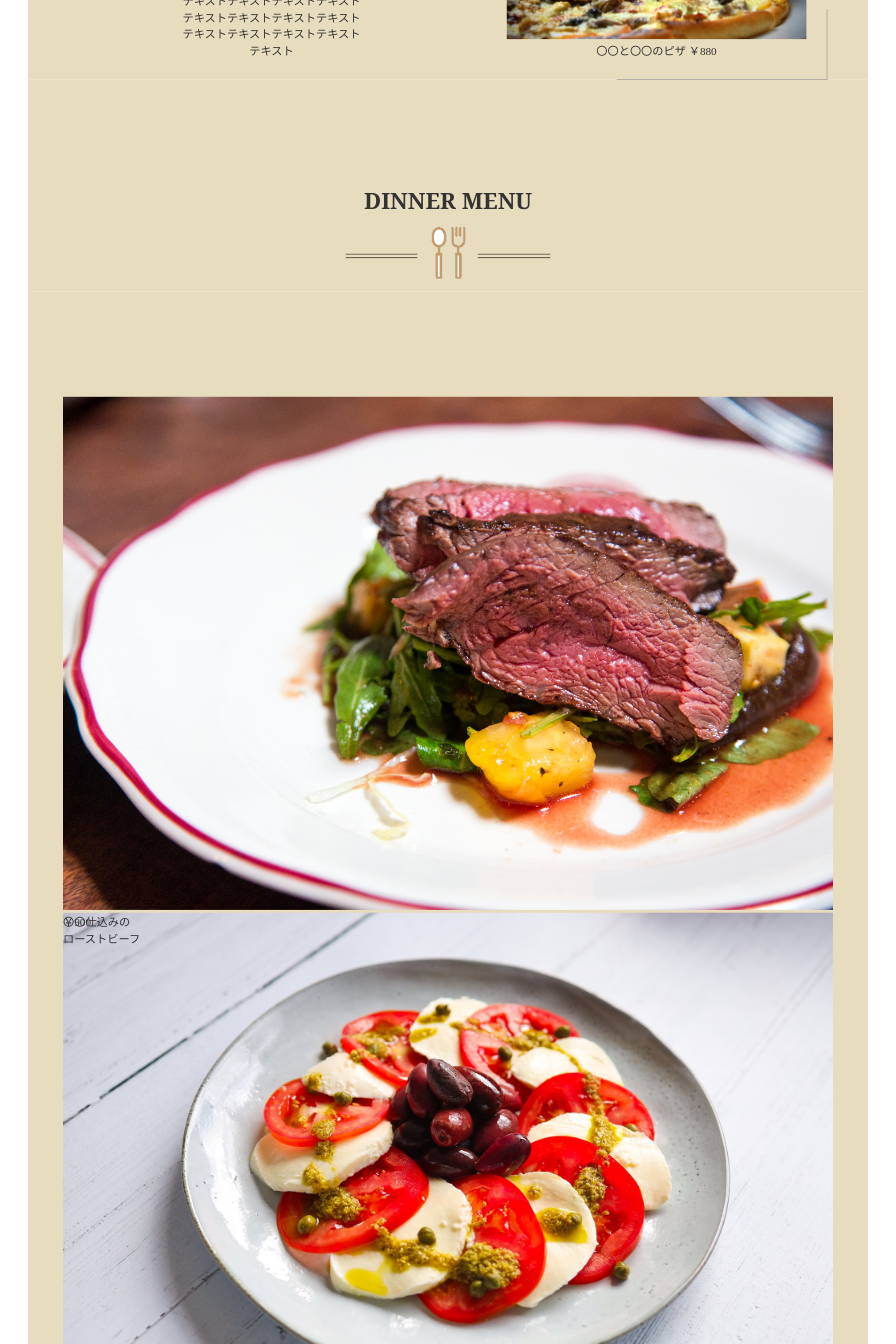
Repository: konatsu-0806/demo-site
Page: FromFigma/index.html
The author's editor kept a copy of each file at every save. The page is drawn from the files as they stood at one save, then again after a run of saves.
The browser window is 1280 px wide. The pictures show the part of the page from y = 3227 to 5147 px (the page is 7699 px tall), at 70% of full size.

Above is the page before, as saved 2023-02-13 17:14:02.

### FromFigma/index.html
<!DOCTYPE html>
<html lang="ja">

<head>
  <meta charset="UTF-8">
  <meta name="viewport" content="width=device-width, initial-scale=1.0">
  <meta http-equiv="X-UA-Compatible" content="ie=edge">
  <link rel="stylesheet" href="css/style.css">
  <title>demosite</title>
</head>

<body>
  <header class="header_bg">
    <div class="header_contents">
      <h1>Restaurant</h1>
      <div class="responsive_btn">
        <div class="menu_line"></div>
        <div class="menu_line"></div>
        <div class="menu_line"></div>
      </div>
      <nav class="header_nav">
        <ul class="header_nav_lists">
          <li><a class="nav_link" href="">HOME</a></li>
          <li><a class="nav_link" href="">LUNCH</a></li>
          <li><a class="nav_link" href="">DINNER</a></li>
          <li><a class="nav_link" href="">ACCESS</a></li>
          <li><a class="nav_link" href="">CONTACT</a></li>
        </ul>
      </nav>
    </div>
  </header>
  <script src="js/master.js"></script>

  <div class="main_visual">
   <img src="img/mgg-vitchakorn-98Xi5vMGKck-unsplash.jpg" alt="">
  </div>

  <div class="intro_bg">
    <div class="intro_contents">
        <div class="intro_img">
            <img src="img/pratik-gupta-gyt0s3wR1YM-unsplash.jpg" alt="">
        </div>
        <div class="intro_sentence">
            <p class="text-center">
              イタリアンレストラン「〇<br />
              〇（店名）」は令和2年3月<br />
              に〇〇（所在）にてオープン<br />
              いたしました。
            </p>
            <p class="text-center">
              当店の自慢はなんといって<br />
              もシェフこだわりの生パスタ<br />
              でございます。<br />
            </p>
            <p class="text-center">
              生パスタは水分が多く含ま<br />
              れており、もちもちとした食<br />
              感が特徴的で、本場イタリア<br />
              でよく食べられているパスタ<br />
              です。
            </p>
            <p class="text-center">
              本場イタリアの生パスタを<br />
              研究し尽くしたシェフ自慢の<br />
              パスタを是非一度ご賞味くだ<br />
              さい。
            </p>
        </div>
    </div>
</div>

<div class="lunch">
  <div class="lunch_contents">
    <div class="lunch_intro">
      <h1>～LUNCH～<br />
        10:00~15:00（日・祝を除く）
      </h1>
      <p class="text-center">当店では平日と土曜日のみランチ<br />
        タイムの営業を行っております。
      </p>
      <p class="text-center">ランチタイムは、当店自慢のもち<br />
        もちの生パスタと、ドリンク・サラ<br />
        ダ・スープ付のセットとドリンク・<br />
        ガーリックトースト・スープ付セッ<br />
        トの2種類がございます。
      </p>
      <p class="text-center">パスタは和風と洋風の２種類をご<br />
        用意しております。
      </p>
    </div>
    <div class="lunch_img">
      <img src="img/fresh-pasta-g68aa8d9f2_1920.jpg" alt="">
    </div>
  </div>
  </div>
  <div class="lunch_menu">
    <h1>LUNCH MENU</h1>
    <div class="cutlery"><img src="img/無題11_20221128200219.png" alt=""></div>
    <div class="menu_set">
      <div class="a_set">
       <h2>Aセット</h2>
        <ul>
          <li>・生パスタ（和風 or 洋風）</li>
          <li>・サラダ</li>
          <li>・スープ</li>
          <li>・ドリンク</li>
        </ul>
        <h3>￥1000</h3>
      </div>
      <div class="b_set">
        <h2>Bセット</h2>
        <ul>
          <li>・生パスタ（和風 or 洋風）</li>
          <li>・ガーリックトースト</li>
          <li>・スープ</li>
          <li>・ドリンク</li>
        </ul>
        <h3>￥1000</h3>
      </div>
    </div>
      <p>※価格はすべて税込みです。<br />
      ※パスタ・サラダ・スープの内容は日によって異なります。ご了承くださいませ。
      </p>
  </div>

  <div class="dinner">
    <div class="dinner_contents">
      <div class="dinner_intro">
        <h1>～DINNER～<br />
          17:00~23:00
        </h1>
        <p>テキストテキストテキストテキスト<br />
          テキストテキストテキストテキスト<br />
          テキストテキストテキストテキスト<br />
          テキストテキストテキストテキスト<br />
          テキスト<br />
        </p>
      </div>
      <div class="dinner_img">
        <img src="img/pizza-gac0f3843a_1280.jpg" alt="">
        <p>〇〇と〇〇のピザ  ￥880</p>
      </div>
    </div>
  </div>
  <div class="dinner_menu">
    <h1>DINNER MENU</h1>
    <div class="cutlery"><img src="img/無題11_20221128200219.png" alt=""></div>
  </div>
  <div class="dishes">
    <div class="dish1">
      <img src="img/jason-leung-O67LZfeyYBk-unsplash.jpg" alt="">
      <p>〇〇仕込みの<br />
        ローストビーフ<br />
      </p>
      <p class="price">￥900</p>
    </div>
    <div class="dish2">
      <img src="img/mozzarella-salad-g85af32bc5_1920.jpg" alt="">
      <p>〇〇のカプレーゼ</p>
      <p class="price">￥500</p>
    </div>
    <div class="dish3">
      <img src="img/pizza-gff7141cbc_1920.jpg" alt="">
      <p>マルゲリータ</p>
      <p class="price">￥500</p>
    </div>
    <div class="flex">
      <div class="dish4">
        <img src="img/meal-g47ef517fb_1920.jpg" alt="">
        <p>5種のチーズ盛り合わせ</p>
        <p class="price">￥500</p>
      </div>
      <div class="dish5">
        <img src="img/wines-g65661b4e0_1920.jpg" alt="">
      </div>
    </div>
    <h1>DNNER MENU →<br />
    <h1>DRINK MENU →</h1>
  </div>

</body>

</html>

### FromFigma/css/style.css
/* Reset style */
* {
    margin: 0;
    padding: 0;
    box-sizing: border-box;
    list-style: none;
    text-decoration: none;
    color: #333;
}

/* Normal header style */
.header_bg {
    width: 100%;
    height: 80px;
}

.header_contents {
    width: 100%;
    max-width: 1024px;
    height: 100%;
    margin: 0 auto;
    display: flex;
    justify-content: space-between;
    align-items: center;
}

.header_contents h1 {
    font-size: 22px;
    margin: 0 0 0 40px;
}

.header_nav_lists {
    display: flex;
}

.header_nav_lists li {
    margin: 0 40px 0 0;
}

.nav_link {
    font-size: 18px;
}

/* Responsive menu button */
.responsive_btn {
    display: none;
    flex-direction: column;
    align-items: center;
    justify-content: center;
    width: 32px;
    height: 32px;
    margin: 0 40px 0 0;
    cursor: pointer;
    position: relative;
    z-index: 10;
}

.menu_line {
    background-color: #333;
    border-radius: 5px;
    width: 100%;
    height: 5px;
    margin: 4px 0;
}

/* Reaponsive style */
@media screen and (max-width: 768px) {
    .responsive_btn {
        display: flex;
    }

    .header_bg {
        position: relative;
    }

    .header_nav {
        background-color: white;
        width: 100%;
        height: 100vh;
        padding: 80px 0 0 0;
        position: absolute;
        top: 0;
        right: -100%;
        transition: .5s;
    }

    .header_nav_lists {
        display: block;
        text-align: center;
    }

    .header_nav_lists li {
        margin: 0 0 40px;
        text-align: center;
    }

    .nav_link {
        font-size: 20px;
    }
}

/* js function "menuToggle" starting only */
.menu_active {
    right: 0;
  }

/* 1st pic */
img {
    width: 100%;
}

.main_visual {
    padding: 0 50px;
    margin: auto;
    max-width: 1200px;
}

/* contents */
.intro_bg {
    width: 100%;
    max-width: 1200px;
    margin: auto;
    padding: 120px 50px 30px 70px;
}
.contents img {
    width: 100%;
}
.text-center {
    text-align: center;
}
.intro_contents {
    display: flex;
}
.intro_img {
    width: 55%;
    margin: auto;
    box-shadow: -30px -30px 1px 1px rgba(0, 0, 0, 0.7);
}
.lunch_img {
    position: relative;
    padding:30px;
}
.lunch_img:before,.lunch_img:after{
    content:'';
    width: 300px;
    height: 100px;
    position: absolute;
    display: inline-block;
}
.lunch_img:before{
    border-left: solid 1px rgb(158, 154, 154);
    border-top: solid 1px rgb(158, 154, 154);
    top: 0px;
    left: 0;
}
.lunch_img:after{
    border-right: solid 1px rgb(158, 154, 154);
    border-bottom: solid 1px rgb(158, 154, 154);
    bottom:0;
    right: 0;
}
.lunch_img img {
    margin: 0;
    padding: 0;
}
.intro_sentence {
    width: 45%;
    margin: auto .5rem;
}
@media screen and (max-width: 767px) {
    .intro_contents {
        display: block;
    }
    .intro_contents .intro_img {
        width: 100%;
        margin: 0 auto;
    }
    .intro_contents .intro_sentence {
        width: 100%;
        margin: 0 auto;
    }
}

/* lunch */
.lunch {
    width: 100%;
    max-width: 1200px;
    margin: auto;
    padding: 100px 50px 0px 50px;
    background-color: #e8dcbe;
}
.lunch img {
    width: 100%;
}
.text-center {
    text-align: center;
}
.lunch_contents {
    display: flex;
}
.lunch_intro {
    width: 55%;
    margin: auto;
}
.lunch_img {
    width: 45%;
    margin: auto .5rem;
    padding-top: 20px;
}

.lunch h1 {
    text-align: center;
    font-family: Georgia, serif;
    margin-bottom: 70px;
}

@media screen and (max-width: 767px) {
    .lunch_contents {
        display: block;
    }
    .lunch_contents .lunch_intro {
        width: 100%;
        margin: 0 auto;
    }
    .lunch_contents .lunch_img {
        width: 100%;
        margin: 0 auto;
    }
}
/* lunch menu */
.lunch_menu {
    width: 100%;
    max-width: 1200px;
    margin: auto;
    padding: 150px 50px 0px 50px;
    background-color: #e8dcbe;
}
.lunch_menu h1 {
    text-align: center;
    font-family: Georgia, serif;
}
.lunch_menu img {
    width: 40%;
}
.cutlery {
    text-align: center;
}
.menu_set {
    display: flex;
    justify-content: space-around;
    margin-top: 100px;
}
.a_set {
    background-color: #cbca78;
    padding: 50px 30px ;
}
.a_set h2 {
    font-family: Georgia, serif;
    padding-bottom: 30px;
    text-align: center;
}
.a_set h3 {
    padding-top: 30px;
    text-align: right;
}
.b_set {
    background-color: #cbca78;
    padding: 50px 30px ;
}
.b_set h2 {
    font-family: Georgia, serif;
    padding-bottom: 30px;
    text-align: center;
}
.b_set h3 {
    padding-top: 30px;
    text-align: right;
}
.lunch_menu p {
    padding: 50px 0px 150px 0px;
}
@media screen and (max-width: 767px) {
    .menu_set {
        display: block;
    }
    .a_set {
        margin-bottom: 20px;
    }
    .menu_set li {
        padding-left: 80px;
    }
}
/* dinner */
.dinner {
    width: 100%;
    max-width: 1200px;
    margin: auto;
    padding: 100px 50px 0px 50px;
    background-color: #e8dcbe;
}
.dinner img {
    width: 100%;
}
.dinner p {
    text-align: center;
}
.dinner_contents {
    display: flex;
}
.dinner_intro {
    width: 55%;
    margin: auto;
}
.dinner_img {
    width: 45%;
    margin: auto .5rem;
    padding-top: 20px;
}

.dinner h1 {
    text-align: center;
    font-family: Georgia, serif;
    margin-bottom: 70px;
}
.dinner_img {
    position: relative;
    padding:30px;
}
.dinner_img:before,.dinner_img:after{
    content:'';
    width: 300px;
    height: 100px;
    position: absolute;
    display: inline-block;
}
.dinner_img:before{
    border-left: solid 1px rgb(158, 154, 154);
    border-top: solid 1px rgb(158, 154, 154);
    top: 0px;
    left: 0;
}
.dinner_img:after{
    border-right: solid 1px rgb(158, 154, 154);
    border-bottom: solid 1px rgb(158, 154, 154);
    bottom:0;
    right: 0;
}
.dinner_img img {
    margin: 0;
    padding: 0;
}

@media screen and (max-width: 767px) {
    .dinner_contents {
        display: block;
    }
    .dinner_contents .dinner_intro {
        width: 100%;
        margin: 0 auto;
    }
    .dinner_contents .dinner_img {
        width: 100%;
        margin: 0 auto;
    }
}
/* dinner menu */
.dinner_menu {
    width: 100%;
    max-width: 1200px;
    margin: auto;
    padding: 150px 50px 0px 50px;
    background-color: #e8dcbe;
}
.dinner_menu h1 {
    text-align: center;
    font-family: Georgia, serif;
}
.dinner_menu img {
    width: 40%;
}
.cutlery {
    text-align: center;
}

/* dishes */
.dishes {
    width: 100%;
    max-width: 1200px;
    margin: auto;
    padding: 150px 50px 0px 50px;
    background-color: #e8dcbe;
}
.dish1 {
    position: relative;
}
.dish1 p {
    position: absolute;
}

### FromFigma/js/master.js
const responsive_menu_btn = document.querySelector('.responsive_btn');
responsive_menu_btn.addEventListener('click', menuToggle);

function menuToggle() {
  const header_menu_detail = document.querySelector('.header_nav');
  header_menu_detail.classList.toggle('menu_active');
}

After the next 2 saves:
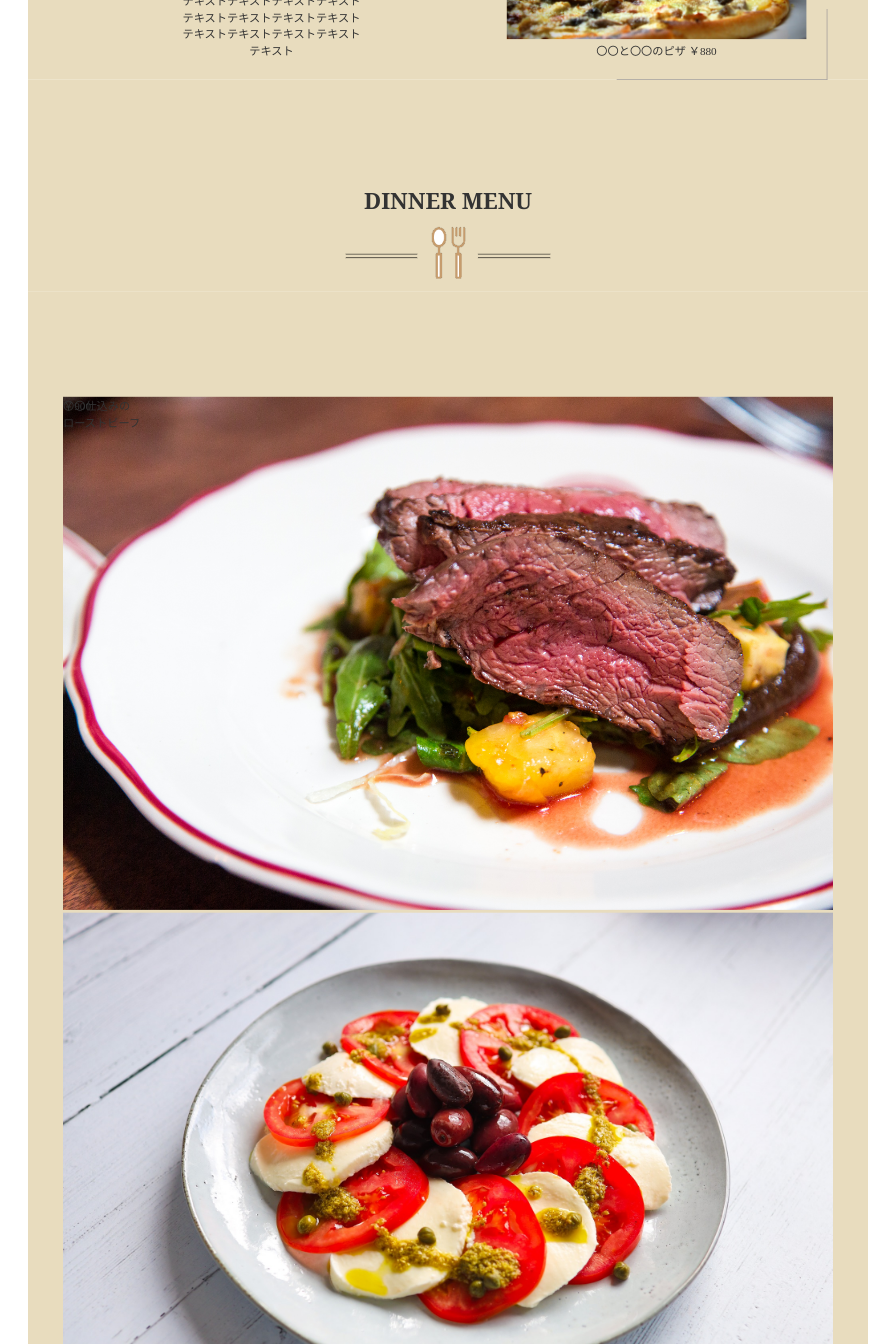
The 2 saves are shown as one change because they came seconds apart.
The last was saved 37 s later.
--- a/FromFigma/css/style.css
+++ b/FromFigma/css/style.css
@@ -395,4 +395,5 @@
 }
 .dish1 p {
     position: absolute;
-}
+    top: 0;
+}

After the 2 saves that followed:
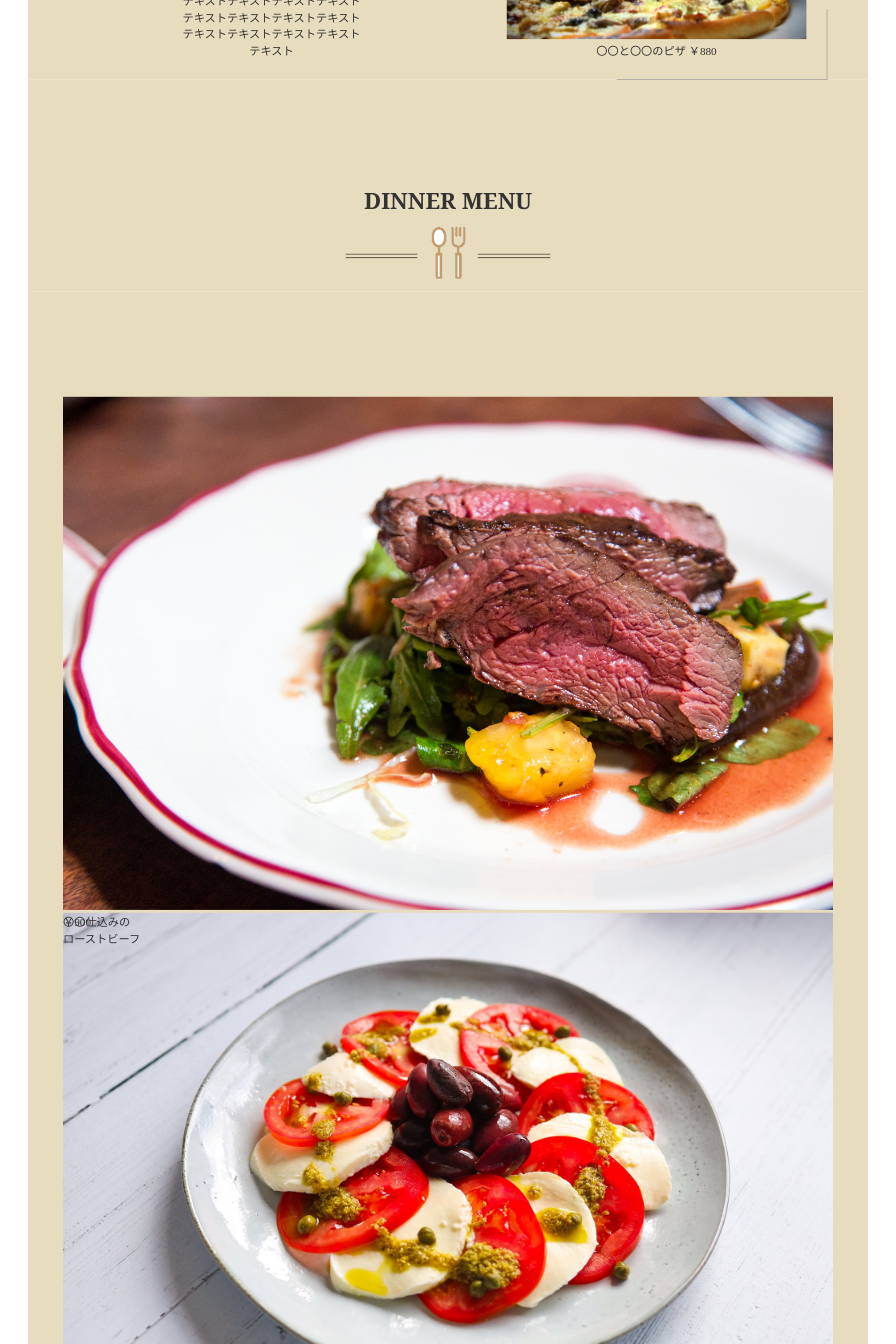
The 2 saves are shown as one change because 1 left the picture as it was.
The last was saved 23 s later.
--- a/FromFigma/css/style.css
+++ b/FromFigma/css/style.css
@@ -395,5 +395,6 @@
 }
 .dish1 p {
     position: absolute;
-    top: 0;
-}
+    top: ;
+    left: 0;
+}
